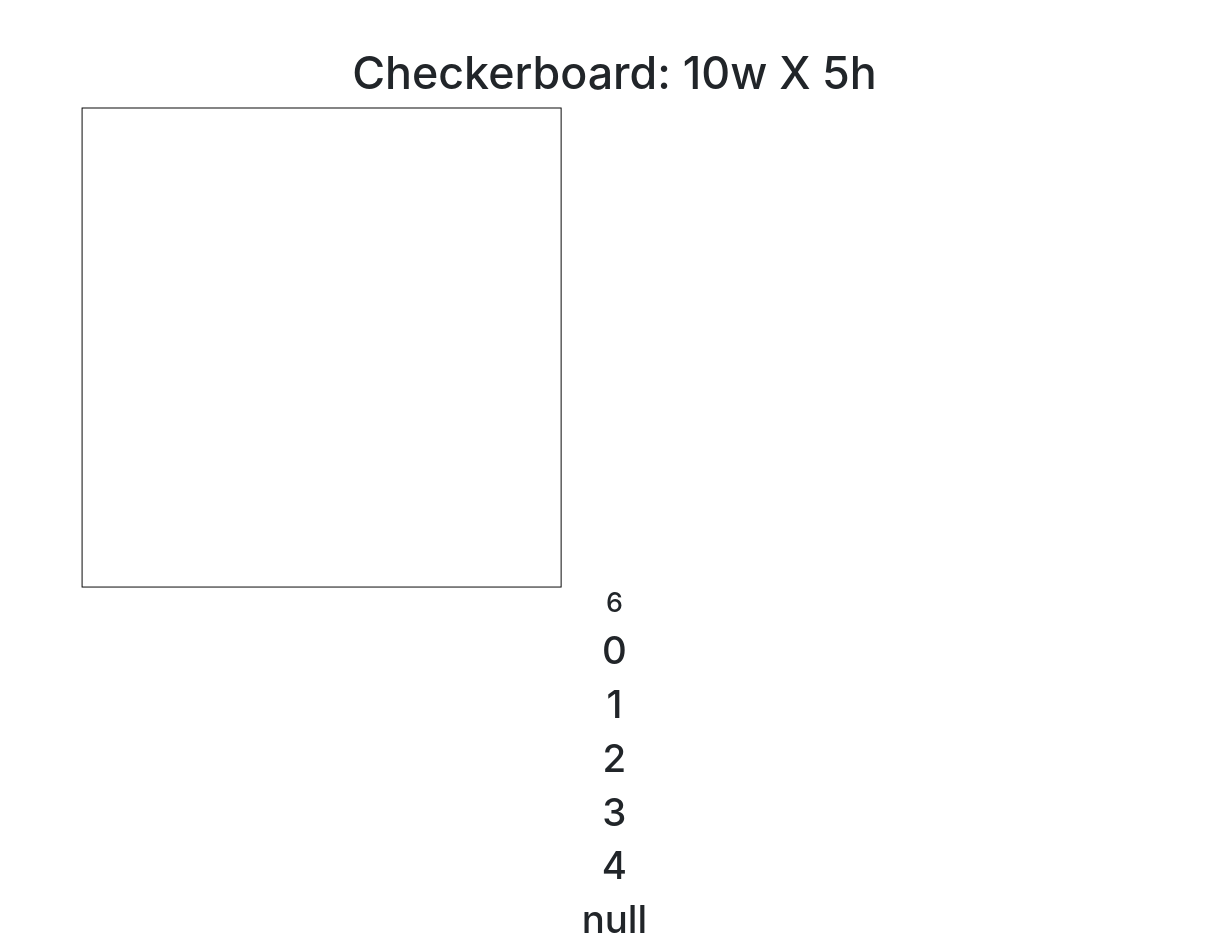
Repository: ACow3/java
Page: http://localhost/Checkerboard/checkerboard.jsp
The author's editor kept a copy of each file at every save. The page is drawn from the files as they stood at one save, then again after the next save.
The browser window is 1280 px wide. The pictures show the whole page, at 96% of full size.
The page is served by Tomcat 9.

Above is the page before, as saved 2019-08-09 00:54:23.

After the next save:
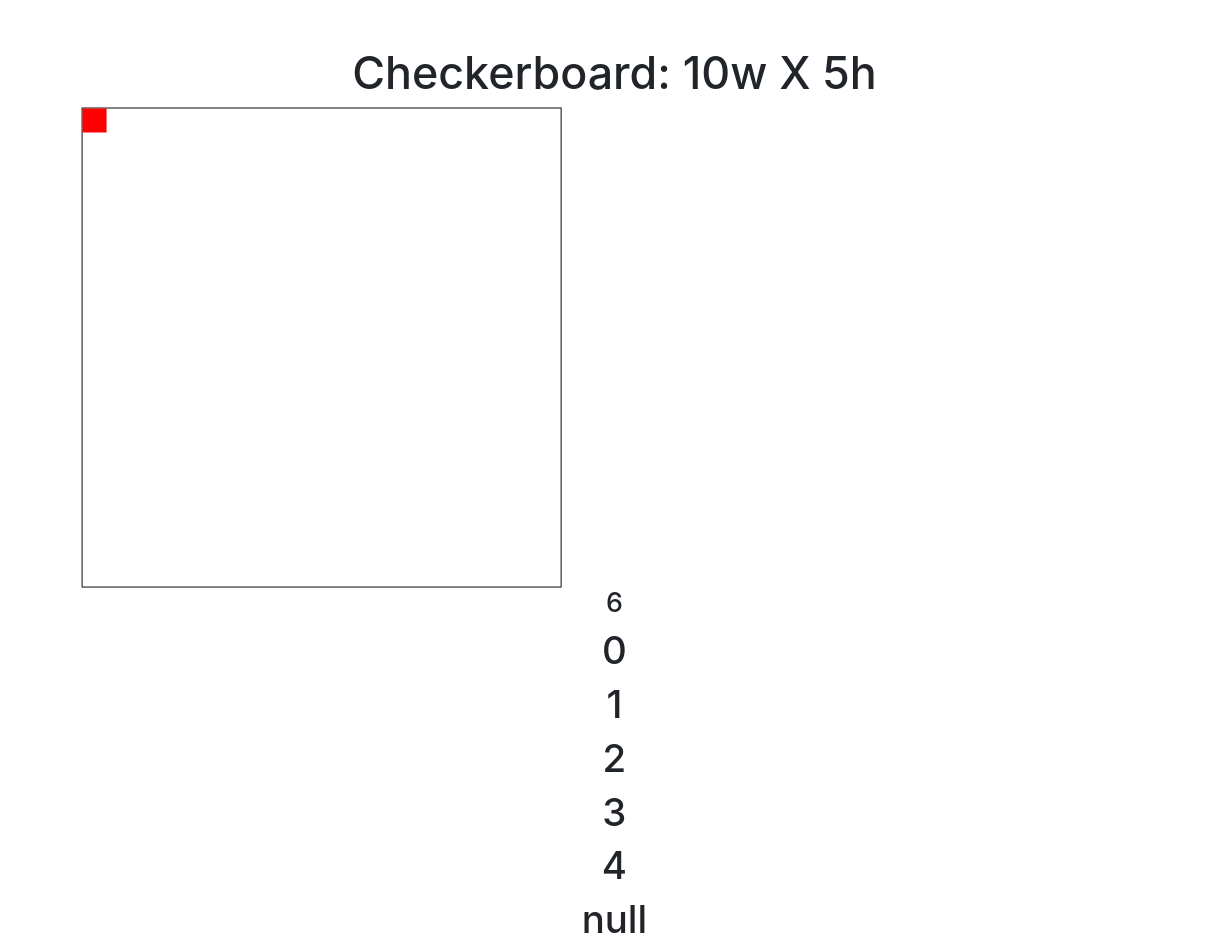
Saved 28 s later.
--- a/javaOOP/Checkerboard/WebContent/checkerboard.jsp
+++ b/javaOOP/Checkerboard/WebContent/checkerboard.jsp
@@ -25,7 +25,8 @@
 	.red_box{
 		width: 25px;
 		height: 25px;
-		color: red;
+		background-color: red;
+
 	}
 </style>
 </head>
